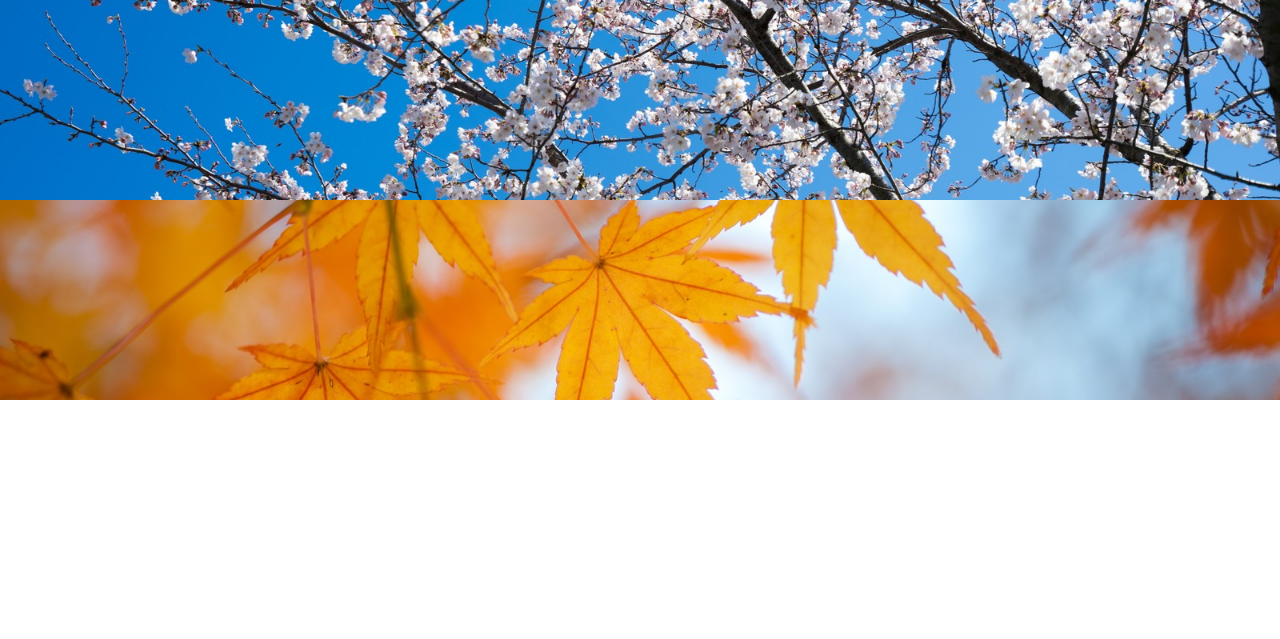
Repository: eyaonu/application2
Page: chapter6/answer6.html
The author's editor kept a record of every edit. The page is drawn from the files as they stood at one moment, then again after the next edit.
The browser window is 1280 px wide. The pictures show the whole page.

Above is the page before.

### chapter6/answer6.html
<!DOCTYPE html>
<html lang="ja">
  <head>
    <meta charset="UTF-8" />
    <!-- CSSファイルの読み込み -->
    <link rel="stylesheet" href="style6.css" />
    <title>answer6</title>
  </head>

  <body>
    <header></header>
    <div class="main-visual"></div>
    <div class="main"></div>
    <div class="footer"></div>
  </body>
</html>

### chapter6/style6.css
* {
  margin: 0;
  padding: 0;
  box-sizing: border-box;
  color: #6c6b6b;
}

a {
  text-decoration: none;
}

header {
  width: 100%;
  height: 200px;
  background-image: url(img/box1.jpg);
  background-size: cover; /* 縦横比を維持したまま背景領域を埋め尽くす */
  background-position: center; /* 背景画像を中央に配置 */
}
.main-visual {
  width: 100%;
  height: 200px;
  background-image: url(img/box2.jpg);
  background-size: cover; /* 縦横比を維持したまま背景領域を埋め尽くす */
  background-position: center; /* 背景画像を中央に配置 */
}
.main-visual {
  width: 100%;
  height: 200px;
  background-image: url(img/box3.jpg);
  background-size: cover; /* 縦横比を維持したまま背景領域を埋め尽くす */
  background-position: center; /* 背景画像を中央に配置 */
}
footer {
  width: 100%;
  height: 200px;
  background-image: url(img/box4.jpg);
  background-size: cover; /* 縦横比を維持したまま背景領域を埋め尽くす */
  background-position: center; /* 背景画像を中央に配置 */
}

After the next edit:
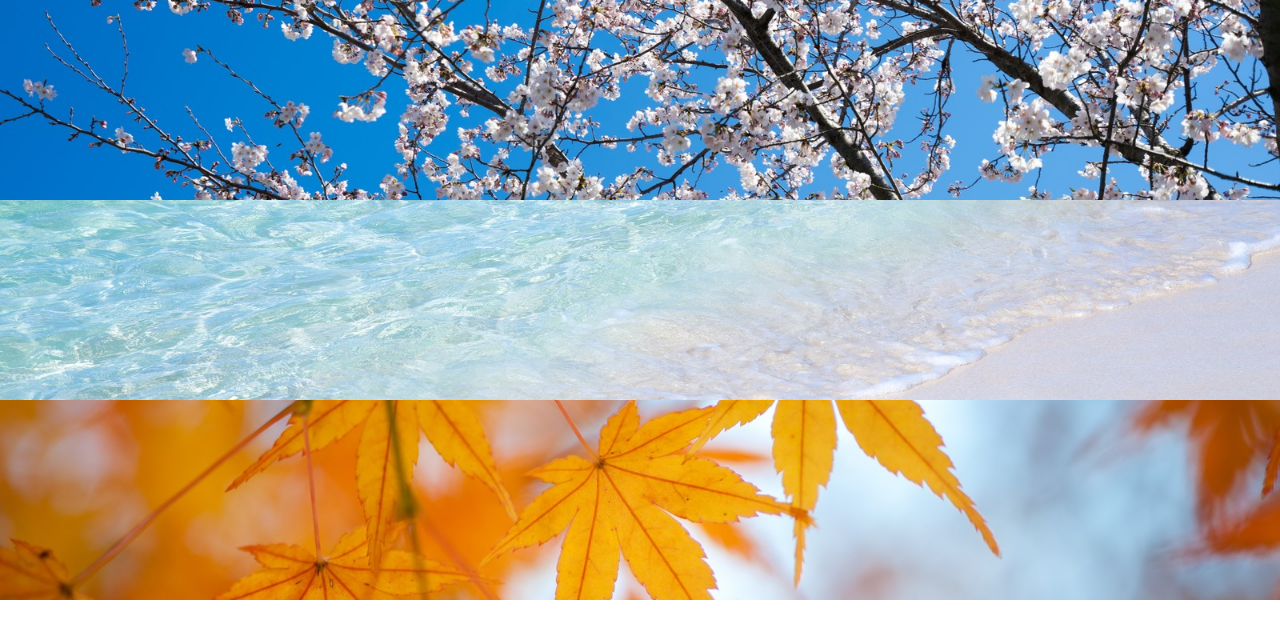
The edit:
--- a/chapter6/style6.css
+++ b/chapter6/style6.css
@@ -23,7 +23,7 @@
   background-size: cover; /* 縦横比を維持したまま背景領域を埋め尽くす */
   background-position: center; /* 背景画像を中央に配置 */
 }
-.main-visual {
+.main {
   width: 100%;
   height: 200px;
   background-image: url(img/box3.jpg);
